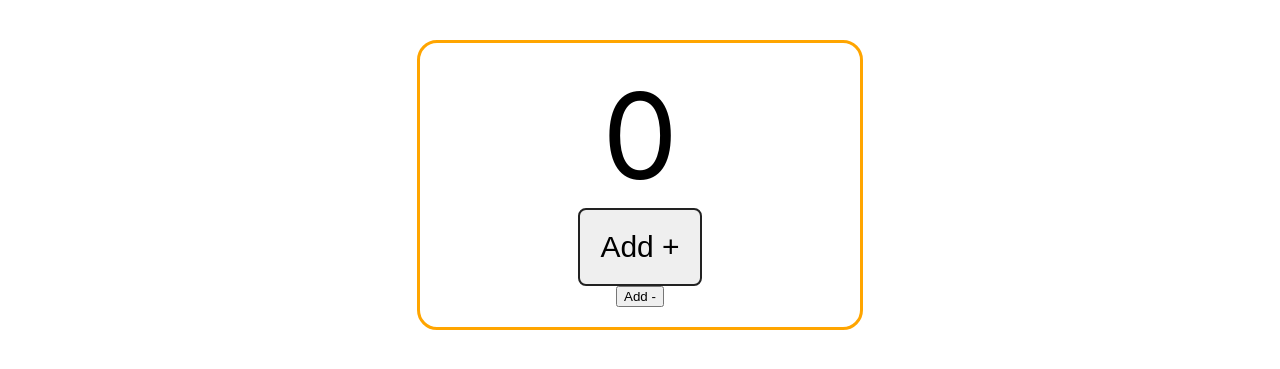
Repository: dnjfht/css-example
Page: /
An editor plug-in stored every save of this project. The page is shown before and after the next save, followed by the edit.
The browser window is 1280 px wide. The pictures show the whole page.
The project was rebuilt for these pictures with package versions that can differ from the ones it lists, and the page was loaded fresh each time.

Above is the page before, as saved 2023-05-09 18:47:42.

After the next save:
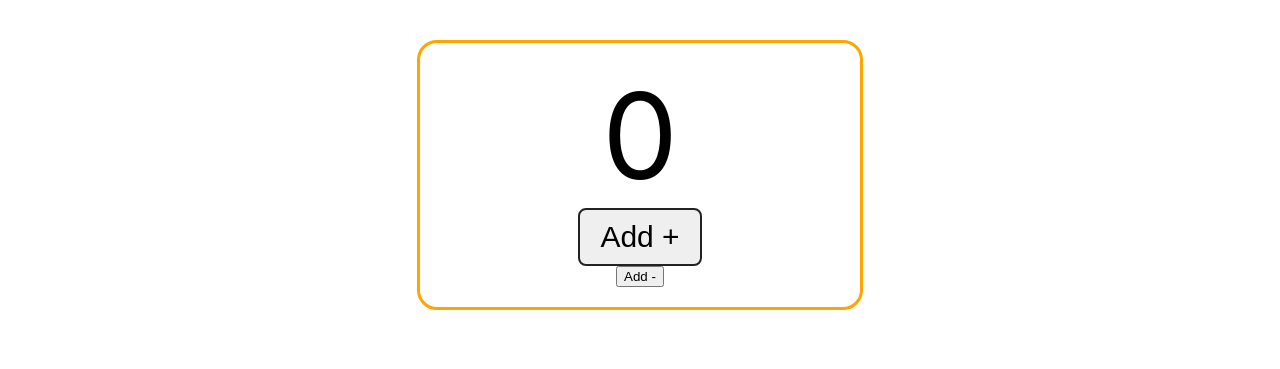
Saved 11 s later.
--- a/src/components/Counter.jsx
+++ b/src/components/Counter.jsx
@@ -25,7 +25,7 @@ export default function Counter({ count, setCount }) {
       <span style={{ fontSize: 120 }}>{count}</span>
       <button
         style={{
-          padding: 20,
+          padding: "10px 20px",
 
           border: "2px solid #222",
           borderRadius: 8,
